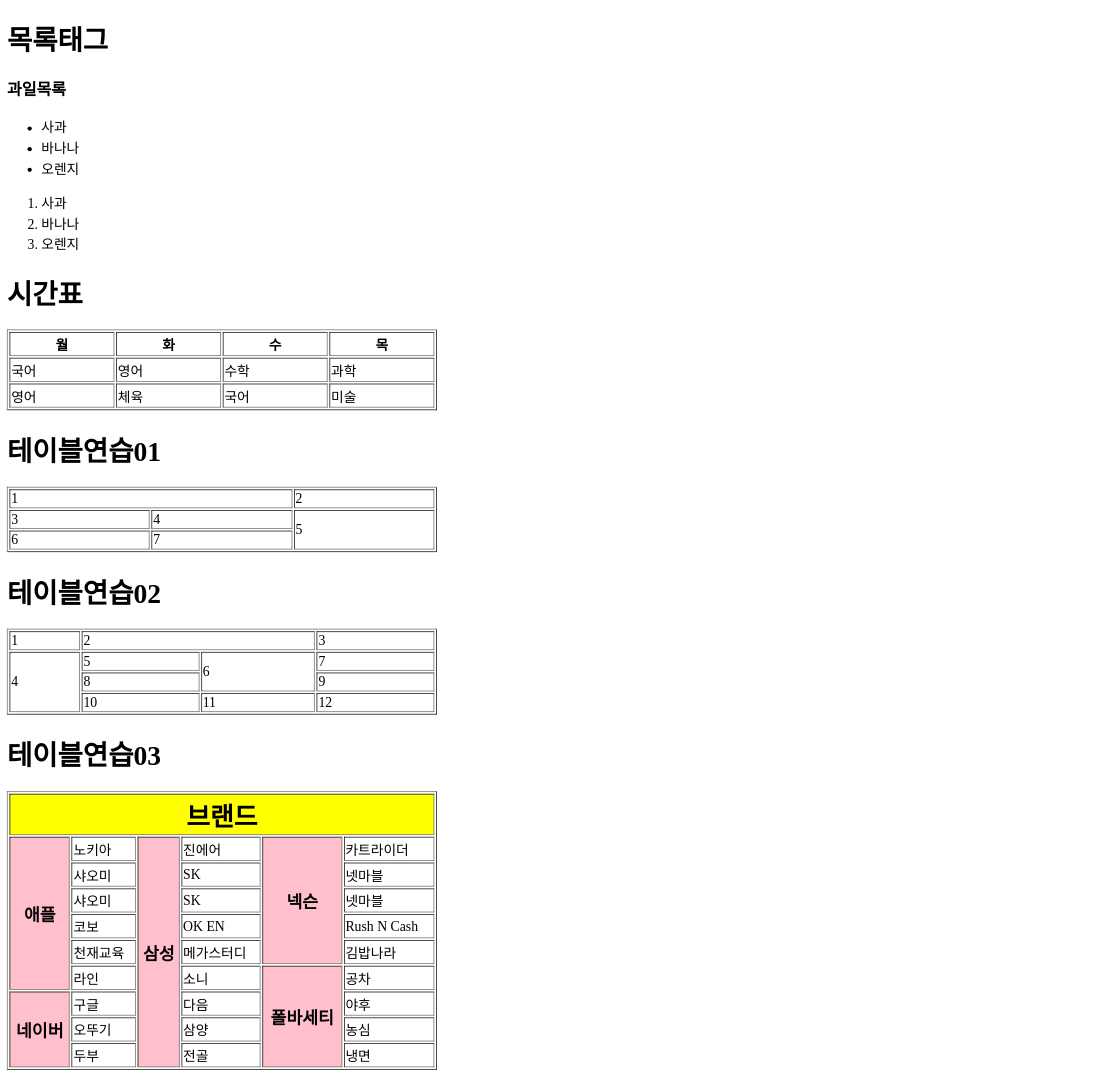
Repository: kmg8138/html
Page: 2020.04.06/ex0406/WebContent/ex04.html
An editor plug-in stored every save of this project. The page is shown before and after the next save, followed by the edit.
The browser window is 1280 px wide. The pictures show the whole page, at 86% of full size.

Above is the page before, as saved 2020-04-06 05:53:38.

After the next save:
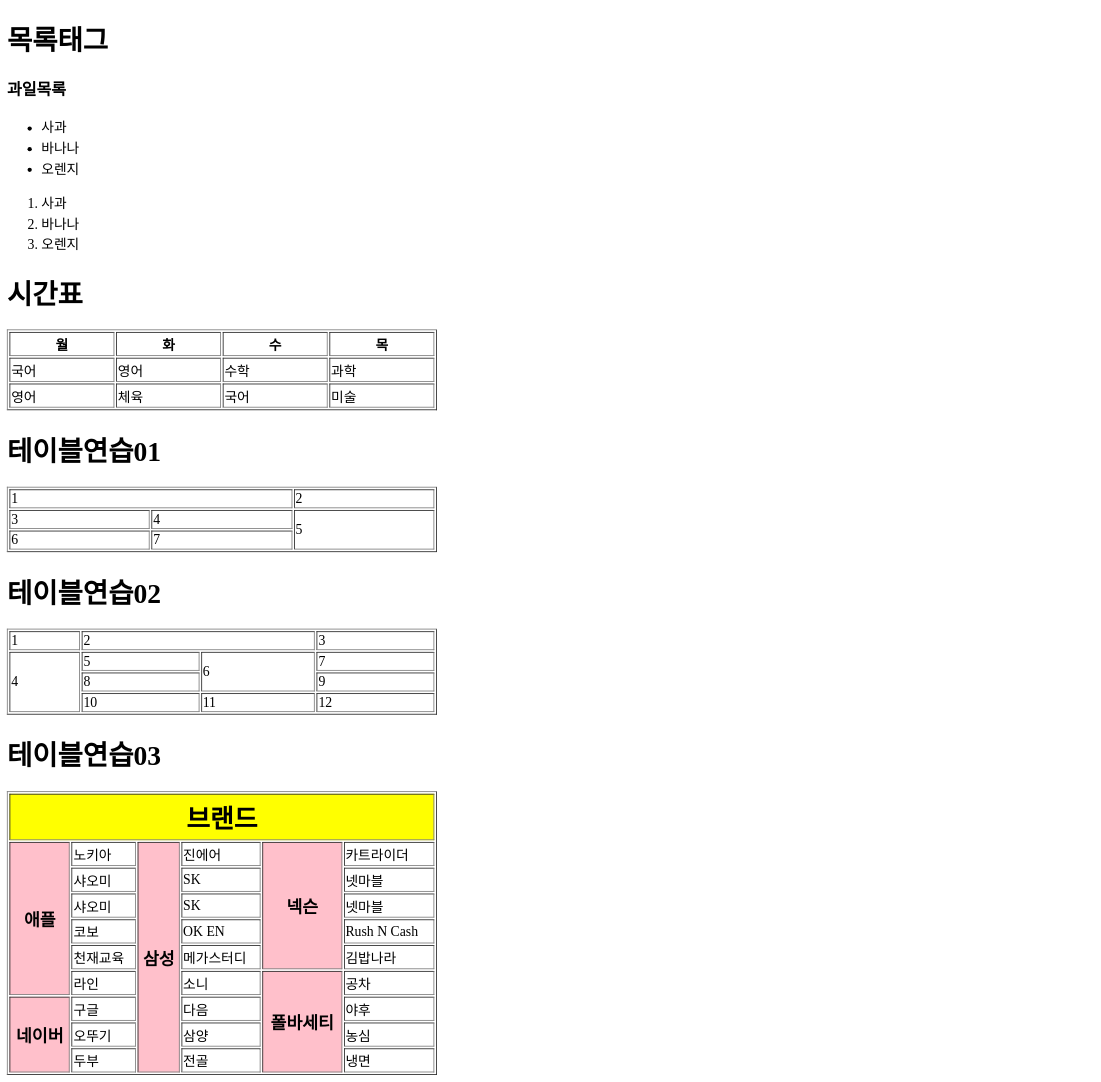
Saved 18 s later.
--- a/2020.04.06/ex0406/WebContent/ex04.html
+++ b/2020.04.06/ex0406/WebContent/ex04.html
@@ -4,7 +4,7 @@
 	<meta charset="UTF-8">
 	<title>연습4</title>
 	<style>
-		#maintitle{background: yellow; font-size: 30px; height: 30px;}
+		#maintitle{background: yellow; font-size: 30px; height: 50px;}
 		.title{background: pink; font-size: 20px;}
 	</style>
 </head>
